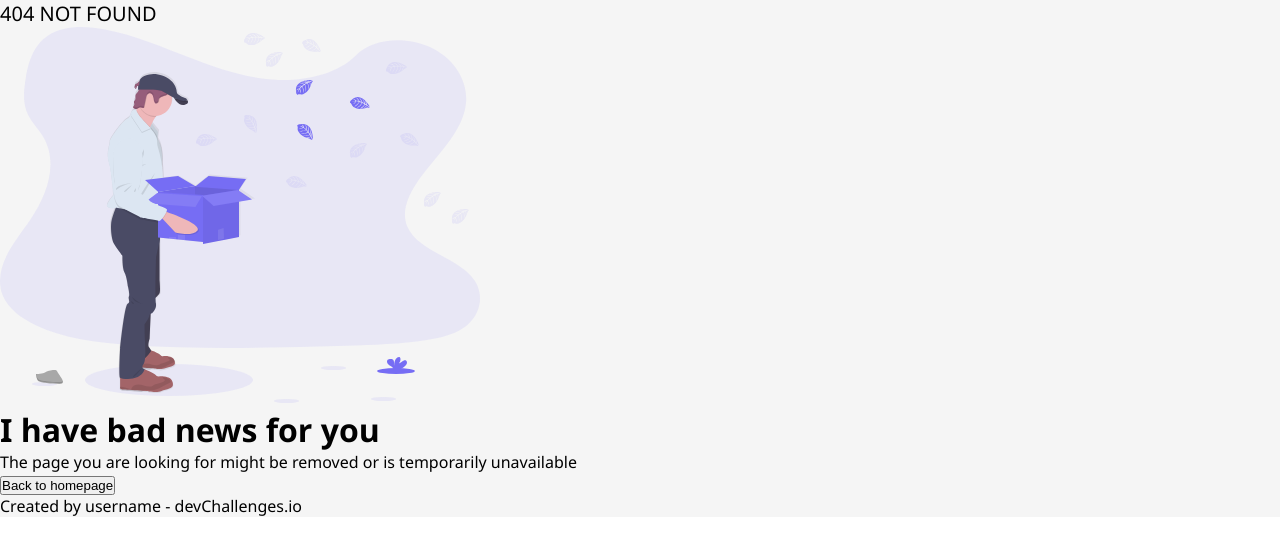
Repository: georgisenze/404-not-found-challeng
Page: index.html
An editor plug-in stored every save of this project. The page is shown before and after the next save, followed by the edit.
The browser window is 1280 px wide. The pictures show the whole page.

Above is the page before, as saved 2023-02-14 07:23:04.

### index.html
<!DOCTYPE html>
<html lang="en">
<head>
    <meta charset="UTF-8">
    <meta http-equiv="X-UA-Compatible" content="IE=edge">
    <meta name="viewport" content="width=device-width, initial-scale=1.0">
    <title>404 page not found</title>
    <link rel="stylesheet" href="assets/css/style.css">
</head>
<body>
    <div class="main">
        <header>
            <p>404 not found</p>
        </header>

        <div class="container">
            <div class="row">
                <div class="col-6">
                    <img src="assets/img/404-illustration.svg" alt="">
                </div>
                <div class="col-6">
                    <div class="col-2">
                        <h1>I have bad news for  you</h1>
                    </div>
                    <div class="col-2">
                        <p>The page you are looking for might be removed or is temporarily unavailable</p>
                    </div>
                    <div class="col-2">
                        <button>Back to homepage</button>
                    </div>
                </div>
            </div>
        </div>

        <footer>
            <p>Created by <span>username</span> - devChallenges.io </p>
        </footer>

    </div>

</body>
</html>

### assets/css/style.css
*{
    margin: 0;
    padding: 0;
}

body{
    font-family: 'Segoe UI', Tahoma, Geneva, Verdana, sans-serif;
}

.main {
    background-color: whitesmoke;
}

header p {
    text-transform: uppercase;
    font-weight: 800px;
    font-size: 20px;
}

After the next save:
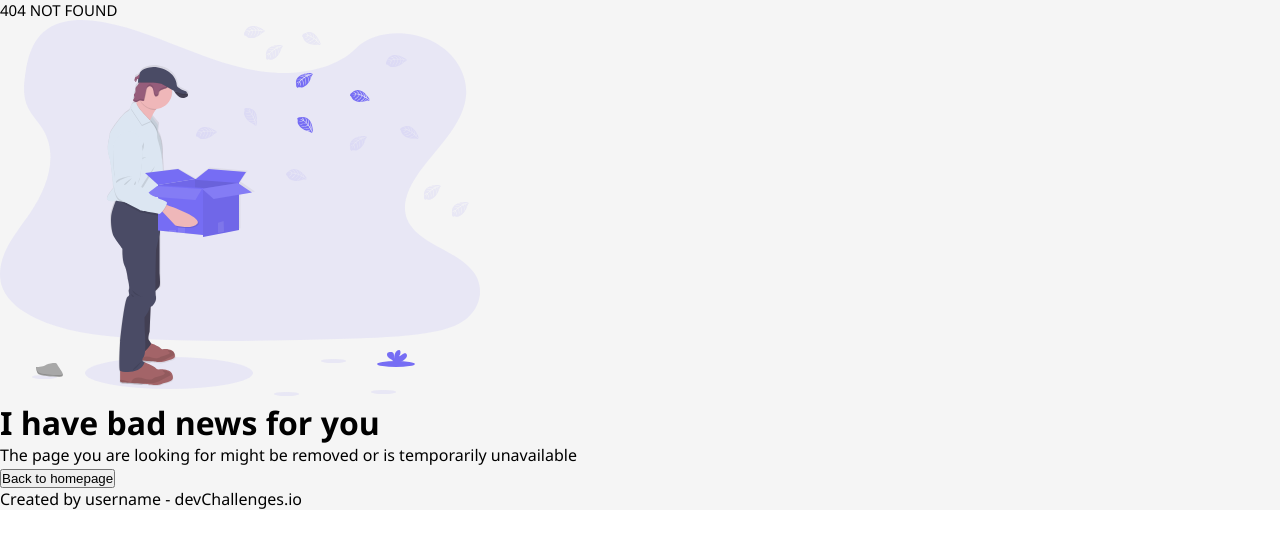
Saved 7 s later.
--- a/assets/css/style.css
+++ b/assets/css/style.css
@@ -14,5 +14,5 @@ body{
 header p {
     text-transform: uppercase;
     font-weight: 800px;
-    font-size: 20px;
+    font-size: 15px;
 }
